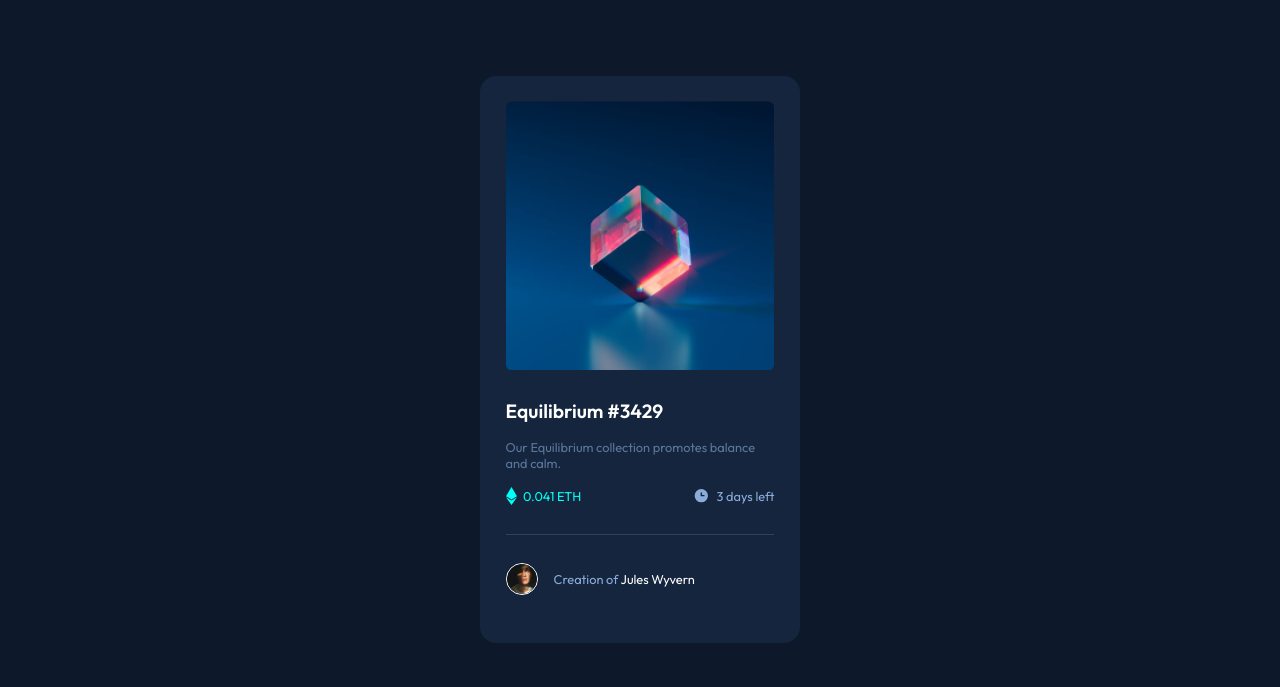
Repository: thaibaocoder1/nft-preview-card-component
Page: index.html
An editor plug-in stored every save of this project. The page is shown before and after a run of saves, followed by the edit.
The browser window is 1280 px wide. The pictures show the whole page.

Above is the page before, as saved 2023-01-06 19:01:35.

### index.html
<!DOCTYPE html>
<html lang="en">
<head>
  <meta charset="UTF-8">
  <meta name="viewport" content="width=device-width, initial-scale=1.0">
  <link rel="icon" type="image/png" sizes="32x32" href="./images/favicon-32x32.png">
  <title>Frontend Mentor | NFT preview card component</title>
  <link rel="stylesheet" href="./images/favicon-32x32.png">
  <link rel="stylesheet" href="./style.css">
  <style>
    .attribution { font-size: 11px; text-align: center; }
    .attribution a { color: hsl(228, 45%, 44%); }
  </style>
</head>
<body>
  <main class="container">
    <img src="./images/image-equilibrium.jpg" alt="Image" class="container-img">
    <div class="container-content">
      <h2 class="container-heading">Equilibrium #3429</h2>
      <p class="container-desc">Our Equilibrium collection promotes balance and calm.</p>
      <section class="container-date">
        <div class="container-date-right">
          <img src="./images/icon-ethereum.svg" alt="" class="container-date--image">
          <span class="container-date--text">
            0.041 ETH
          </span>
        </div>
        <div class="container-date-left">
          <img src="./images/icon-clock.svg" alt="" class="container-date--image">
          <span class="container-date--text">
            3 days left
          </span>
        </div>
      </section>
      <hr id="mark">
      <div class="container-footer">
        <img src="./images/image-avatar.png" alt="" class="container-date--image">
        <small class="container-date--footer">
          Creation of
          <span id="text-marker">Jules Wyvern</span>
        </small>
        </div>
      </div>
    </main>


  <!-- <div class="attribution">
    Challenge by <a href="https://www.frontendmentor.io?ref=challenge" target="_blank">Frontend Mentor</a>.
    Coded by <a href="#">baoDev</a>.
  </div> -->
</body>
</html>
<!-- Equilibrium #3429

Our Equilibrium collection promotes balance and calm.

0.041 ETH
3 days left

Creation of Jules Wyvern -->

### style.css
@import url('https://fonts.googleapis.com/css2?family=Outfit:wght@300;400;600&display=swap');
* {
    margin: 0;
    padding: 0;
    box-sizing: border-box;
}
body {
    text-rendering: optimizeLegibility;
    scroll-behavior: smooth;
    font-family: 'Outfit', sans-serif;
    display: flex;
    align-items: center;
    justify-content: center;
    min-height: calc(100vh - 1px);
    background-color: var(--very-dark-blue-main);
    font-size: 62.5%;
}
:root {
    --soft-blue: hsl(215, 51%, 70%);
    --cyan-color: hsl(178, 100%, 50%);
    --very-dark-blue-main: hsl(217, 54%, 11%);
    --very-dark-blue-card: hsl(216, 50%, 16%);
    --very-dark-blue-line: hsl(215, 32%, 27%);
    --white-color: hsl(0, 0%, 100%);
}
.container {
    width: 320px;
    background-color: var(--very-dark-blue-card);
    text-align: center;
    border-radius: 1rem;
}
.container .container-img {
    width: 20rem;
    height: 20rem;
    object-fit: cover;
    cursor: pointer;
    border-radius: 2rem;
    overflow: hidden;
    padding: 1.6rem;
}
.container .container-content {
    padding: 0 1.6rem 3rem 1.6rem;
    text-align: left;
}
.container .container-content .container-heading {
    color: var(--white-color);
    font-size: 1.2rem;
    padding-bottom: 1rem;
}
.container .container-content .container-desc {
    color: var(--soft-blue);
    font-size: 0.8rem;
    font-weight: 400;
    opacity: 0.6;
}
.container .container-date {
    display: flex;
    align-items: center;
    padding: 1rem 0 1.8rem;
}
.container-date .container-date-right, .container .container-date-left {
    display: flex;
    align-items: center;
    justify-content: center;
}
.container .container-date .container-date-left {
    margin-left: auto;
}
.container .container-date--text {
    color: var(--cyan-color);
    font-size: 0.8rem;
    line-height: 1rem;
    text-align: center;
    margin-left: 0.4rem;
}
.container .container-date-left .container-date--text {
    color: var(--soft-blue);
}
#mark {
    border: none;
    width: 100%;
    height: 1px;
    background-color: var(--very-dark-blue-line);
}
.container .container-footer {
    padding-top: 1.8rem;
    display: flex;
    align-items: center;
}
.container .container-footer .container-date--image {
    width: 2rem;
    height: 2rem;
    border-radius: 50%;
    border: 1px solid var(--white-color);
}
.container .container-footer .container-date--footer {
    margin-left: 1rem;
    font-size: 0.8rem;
    color: var(--soft-blue);
}
.container .container-footer #text-marker {
    color: #fff;
}

After the next 6 saves:
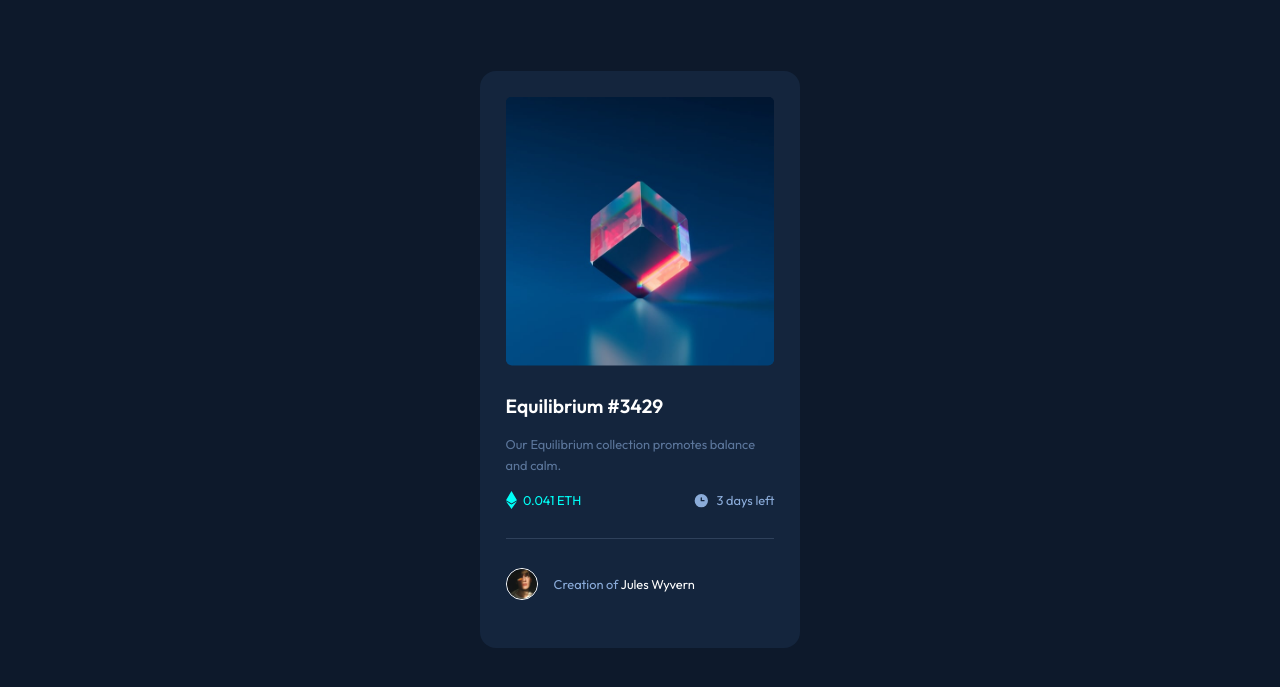
The 6 saves are shown as one change because they came seconds apart.
The last was saved 35 s later.
--- a/style.css
+++ b/style.css
@@ -52,6 +52,7 @@ body {
     font-size: 0.8rem;
     font-weight: 400;
     opacity: 0.6;
+    line-height: 1.6;
 }
 .container .container-date {
     display: flex;
